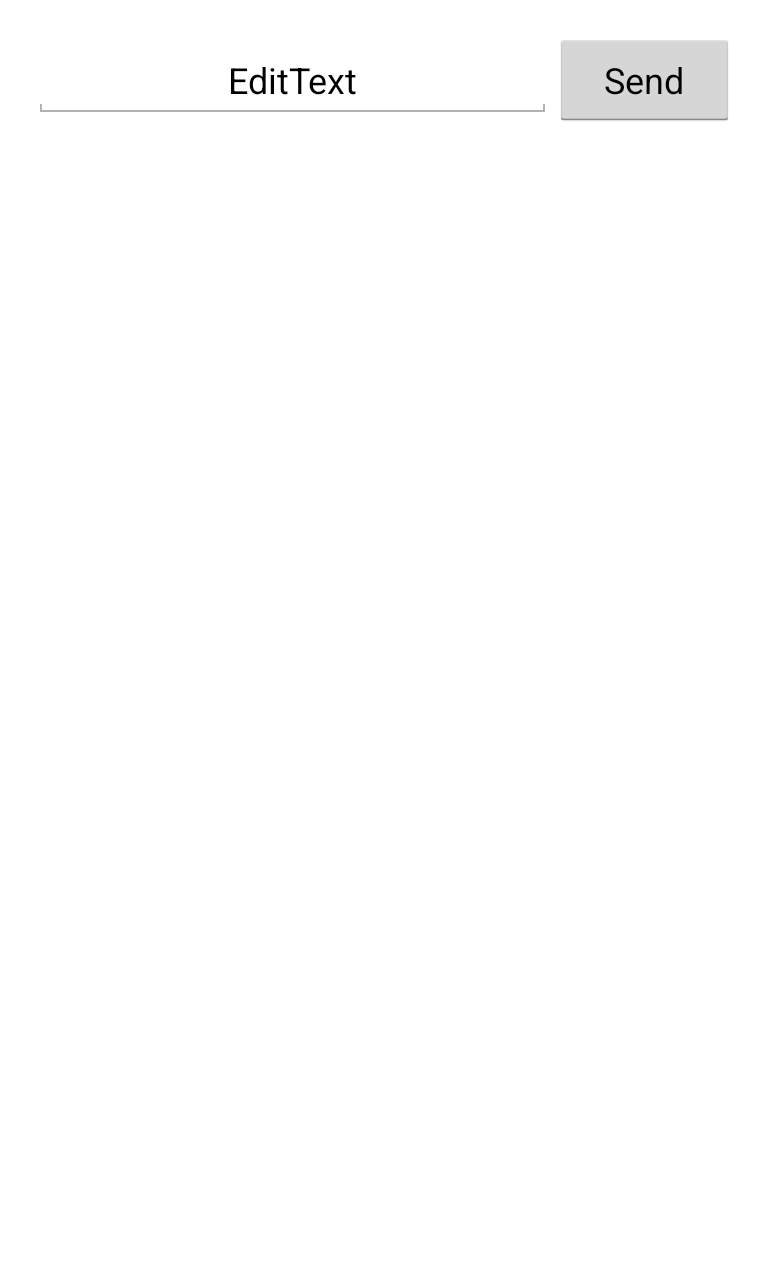
Repository: jinpp/Android
Layout: UILayoutTest/res/layout/activity_main.xml
These files come from the project's save history. The layout is drawn as it stood at one moment and after the next save; the edit follows.
It is drawn on a 768 x 1280 px phone screen (xhdpi) without system bars, with theme AppTheme; the app's code is not run.

Above is the layout before, as saved 2016-11-16 06:45:38.

### UILayoutTest/res/layout/activity_main.xml
<LinearLayout xmlns:android="http://schemas.android.com/apk/res/android"
    xmlns:tools="http://schemas.android.com/tools"
    android:layout_width="match_parent"
    android:layout_height="match_parent"
    android:orientation="horizontal"
    android:paddingBottom="@dimen/activity_vertical_margin"
    android:paddingLeft="@dimen/activity_horizontal_margin"
    android:paddingRight="@dimen/activity_horizontal_margin"
    android:paddingTop="@dimen/activity_vertical_margin"
    tools:context=".MainActivity" >

    <EditText
        android:id="@+id/inputmess"
        android:layout_width="wrap_content"
        android:layout_height="wrap_content"
        android:layout_weight="4"
        android:gravity="center"
        android:hint="Type something"
        android:text="EditText" />

    <Button
        android:id="@+id/button1"
        android:layout_width="wrap_content"
        android:layout_height="wrap_content"
        android:layout_weight="1"
        android:text="Send" />
    <!--
    <Button
        android:id="@+id/button1"
        android:layout_width="wrap_content"
        android:layout_height="wrap_content"
        android:layout_gravity="top"
        android:text="Button1" />

    <Button
        android:id="@+id/button2"
        android:layout_width="wrap_content"
        android:layout_height="wrap_content"
        android:layout_gravity="center"
        android:text="Button2" />

    <Button
        android:id="@+id/button3"
        android:layout_width="wrap_content"
        android:layout_height="wrap_content"
        android:layout_gravity="bottom"
        android:text="Button3" />




    -->

</LinearLayout>

Loaded but not shown: UILayoutTest/res/values/styles.xml (common file); UILayoutTest/res/values-v11/styles.xml (common file); UILayoutTest/res/values-v14/styles.xml (common file); UILayoutTest/res/values/dimens.xml (common file)

After the next save:
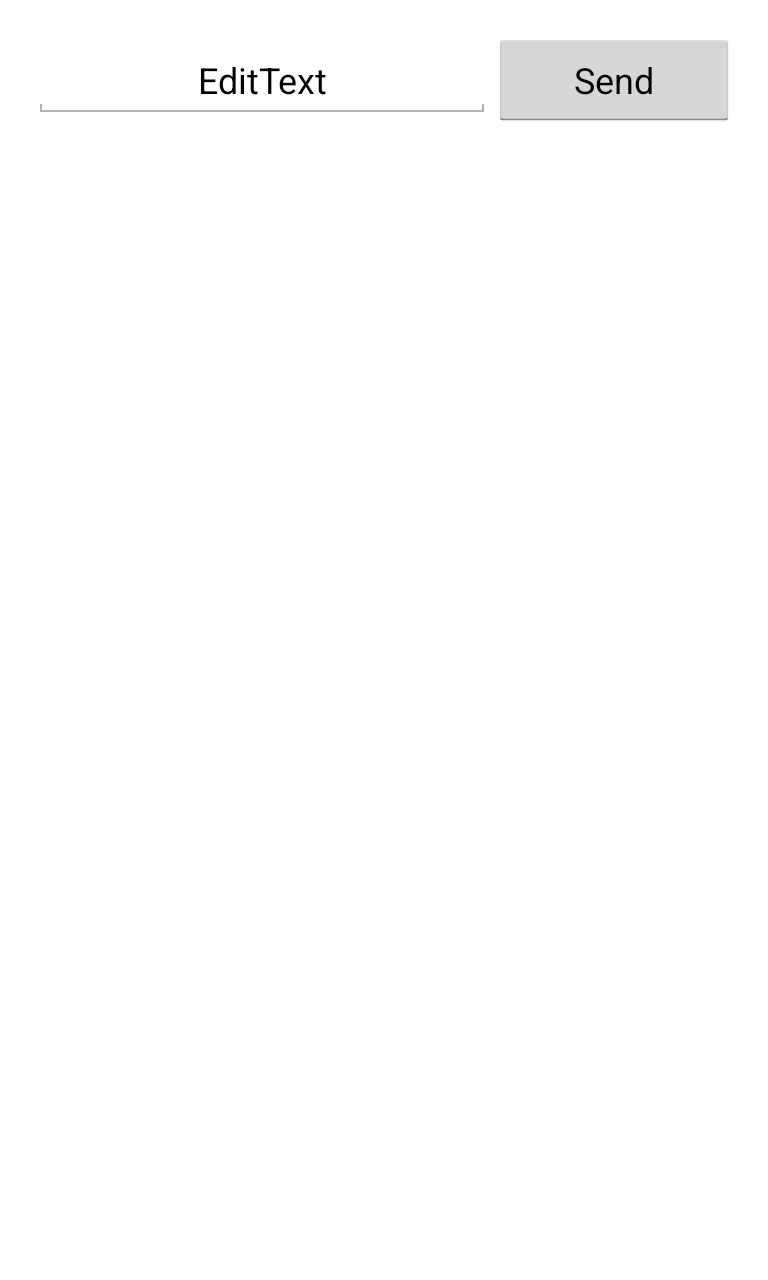
Saved 5 s later.
--- a/UILayoutTest/res/layout/activity_main.xml
+++ b/UILayoutTest/res/layout/activity_main.xml
@@ -11,7 +11,7 @@
 
     <EditText
         android:id="@+id/inputmess"
-        android:layout_width="wrap_content"
+        android:layout_width="0"
         android:layout_height="wrap_content"
         android:layout_weight="4"
         android:gravity="center"
